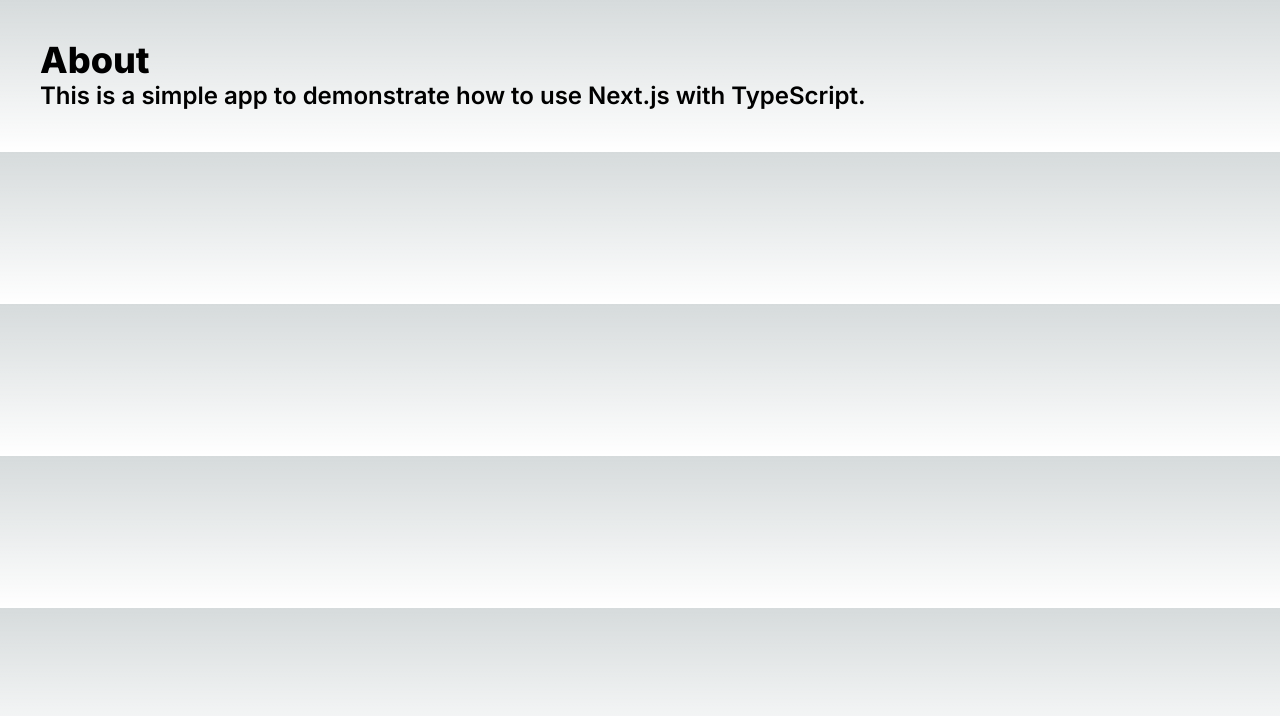
Repository: badhon252/Candidates-portal
Page: /about
The author's editor kept a copy of each file at every save. The page is drawn from the files as they stood at one save, then again after the next save.
The browser window is 1280 px wide. The pictures show the whole page.
The project was rebuilt for these pictures with package versions that can differ from the ones it lists, and the page was loaded fresh each time. The framework's server and built-in components were replaced by stand-ins that run in the browser. Also part of the build but not shown: next.config.js.

Above is the page before, as saved 2023-05-31 17:27:54.

### app/layout.tsx
import "./globals.css";
import { Inter } from "next/font/google";

const inter = Inter({ subsets: ["latin"] });

export const metadata = {
  title: "Movie Vault",
  description: "Movie Vault is a place to store your favorite movies",
};

export default function RootLayout({
  children,
}: {
  children: React.ReactNode;
}) {
  return (
    <html lang="en">
      <body className={inter.className}>{children}</body>
    </html>
  );
}

### app/about/page.tsx
export default function page() {
  return (
    <div className="m-10">
      <h1 className="block text-4xl font-extrabold">About</h1>
      <p className="font-semibold text-2xl">
        This is a simple app to demonstrate how to use Next.js with TypeScript.
      </p>
    </div>
  );
}

Loaded but not shown: app/globals.css (common file); tailwind.config.js (common file)

After the next save:
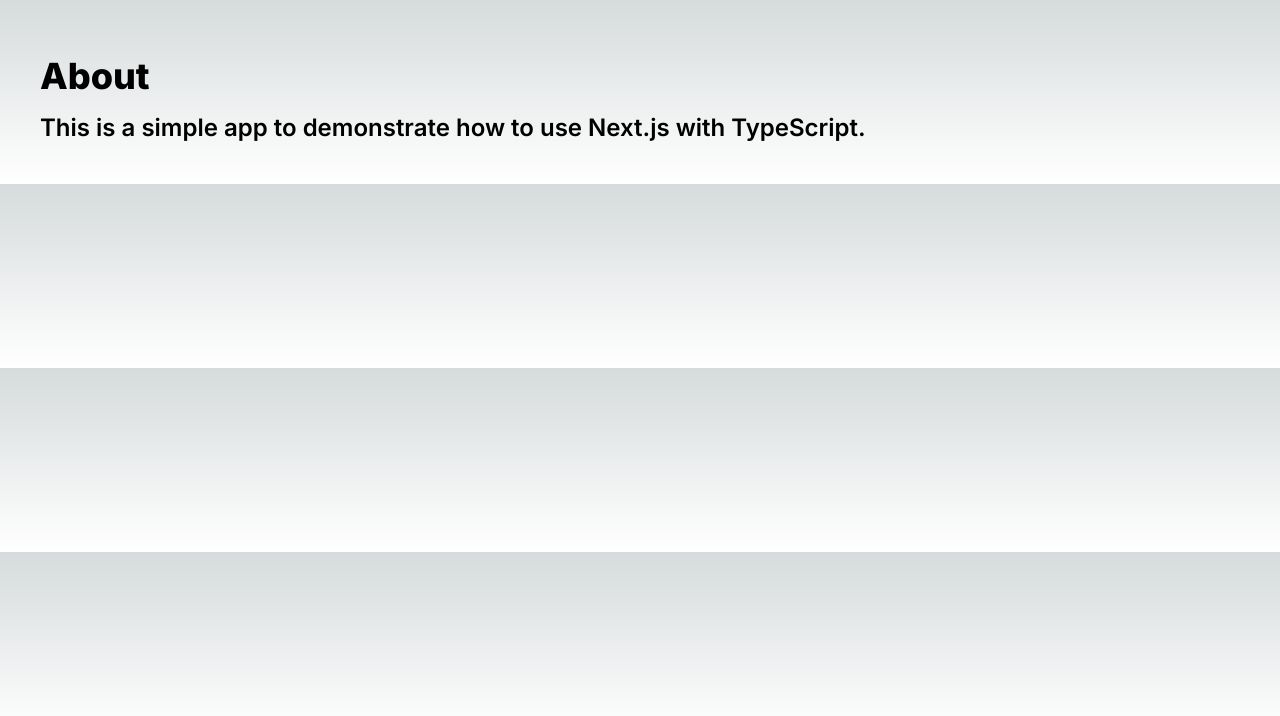
Saved 15 s later.
--- a/app/about/page.tsx
+++ b/app/about/page.tsx
@@ -1,7 +1,7 @@
 export default function page() {
   return (
     <div className="m-10">
-      <h1 className="block text-4xl font-extrabold">About</h1>
+      <h1 className="block text-4xl font-extrabold py-4">About</h1>
       <p className="font-semibold text-2xl">
         This is a simple app to demonstrate how to use Next.js with TypeScript.
       </p>
